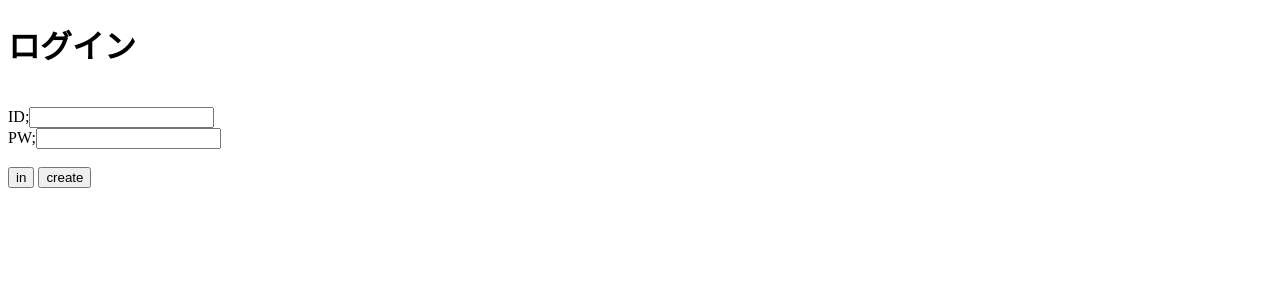
Repository: s-Zenya/SD-2017
Page: eclipse/Family/WebContent/WEB-INF/personalLogin/personalLogin.html
An editor plug-in stored every save of this project. The page is shown before and after the next save, followed by the edit.
The browser window is 1280 px wide. The pictures show the whole page.

Above is the page before, as saved 2017-09-29 02:41:31.

After the next save:
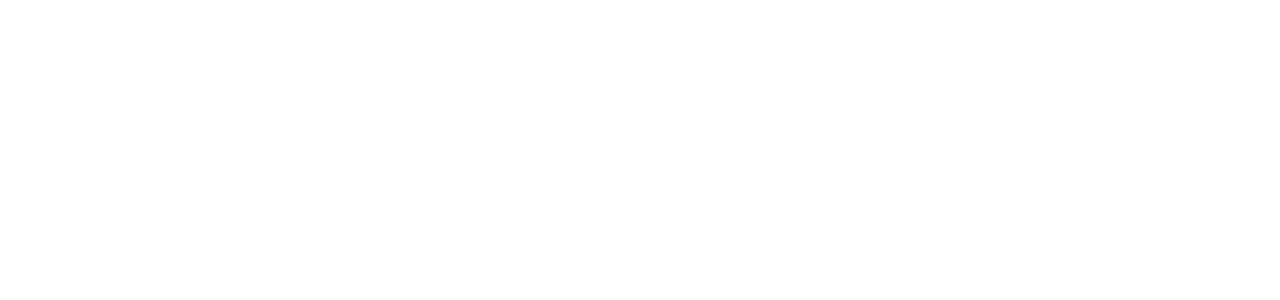
Saved 3 min 41 s later.
--- a/eclipse/Family/WebContent/WEB-INF/personalLogin/personalLogin.html
+++ b/eclipse/Family/WebContent/WEB-INF/personalLogin/personalLogin.html
@@ -5,14 +5,6 @@
 <title>個人ログイン画面</title>
 </head>
 <body>
-	<h1>ログイン</h1>
-	<br>
-	<form action = "" method = "post">
-		ID;<input type="text" name="id"><br>
-		PW;<input type="text" name="pw"><br>
-	<br>
-		<input type="submit" value="in">
-		<input type="button" value="create"> <!-- ボタンでリンクを飛ばす方法 -->
-	</form>
+
 </body>
 </html>

After the save that followed:
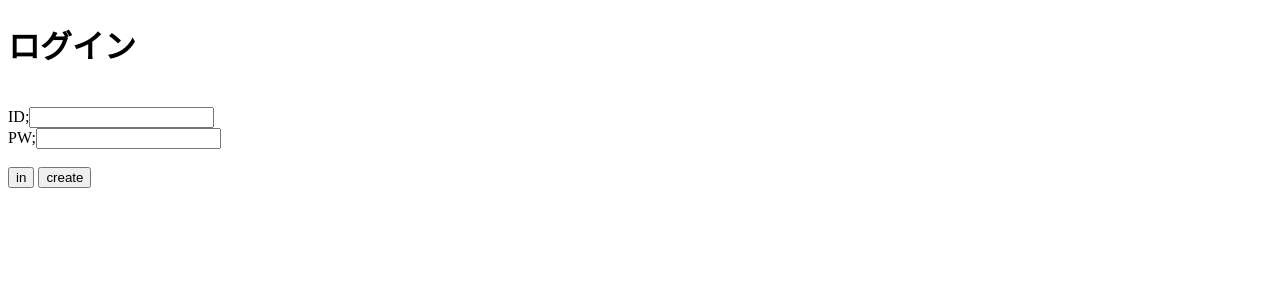
Saved 62 s later.
--- a/eclipse/Family/WebContent/WEB-INF/personalLogin/personalLogin.html
+++ b/eclipse/Family/WebContent/WEB-INF/personalLogin/personalLogin.html
@@ -5,6 +5,14 @@
 <title>個人ログイン画面</title>
 </head>
 <body>
-
+	<h1>ログイン</h1>
+	<br>
+	<form action = "" method = "post">
+		ID;<input type="text" name="id"><br>
+		PW;<input type="text" name="pw"><br>
+	<br>
+		<input type="submit" value="in">
+		<input type="button" value="create"> <!-- ボタンでリンクを飛ばす方法 -->
+	</form>
 </body>
 </html>
